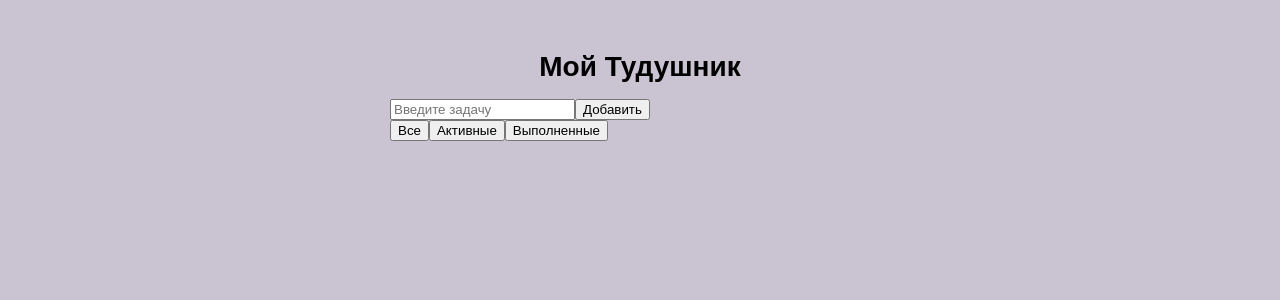
Repository: AlekCawka/-todo-project
Page: /
An editor plug-in stored every save of this project. The page is shown before and after a run of saves, followed by the edit.
The browser window is 1280 px wide. The pictures show the whole page.
The project was rebuilt for these pictures with package versions that can differ from the ones it lists, and the page was loaded fresh each time. Also part of the build but not shown: vite.config.js.

Above is the page before, as saved 2025-08-06 10:58:59.

After the next 2 saves:
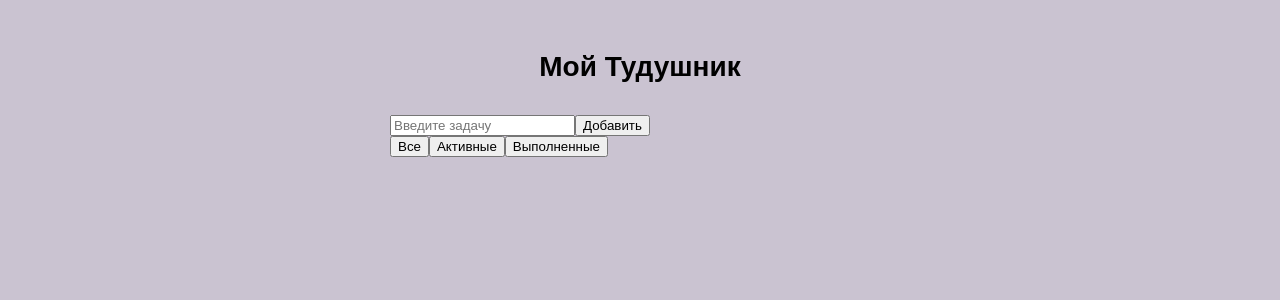
The 2 saves are shown as one change because they came seconds apart.
The last was saved 8 s later.
--- a/src/App.css
+++ b/src/App.css
@@ -14,7 +14,7 @@ body {
 .title {
     text-align: center;
     font-size: 28px;
-    margin-bottom: 16px;
+    margin-bottom: 2rem;
 }
 /*
 .container {
